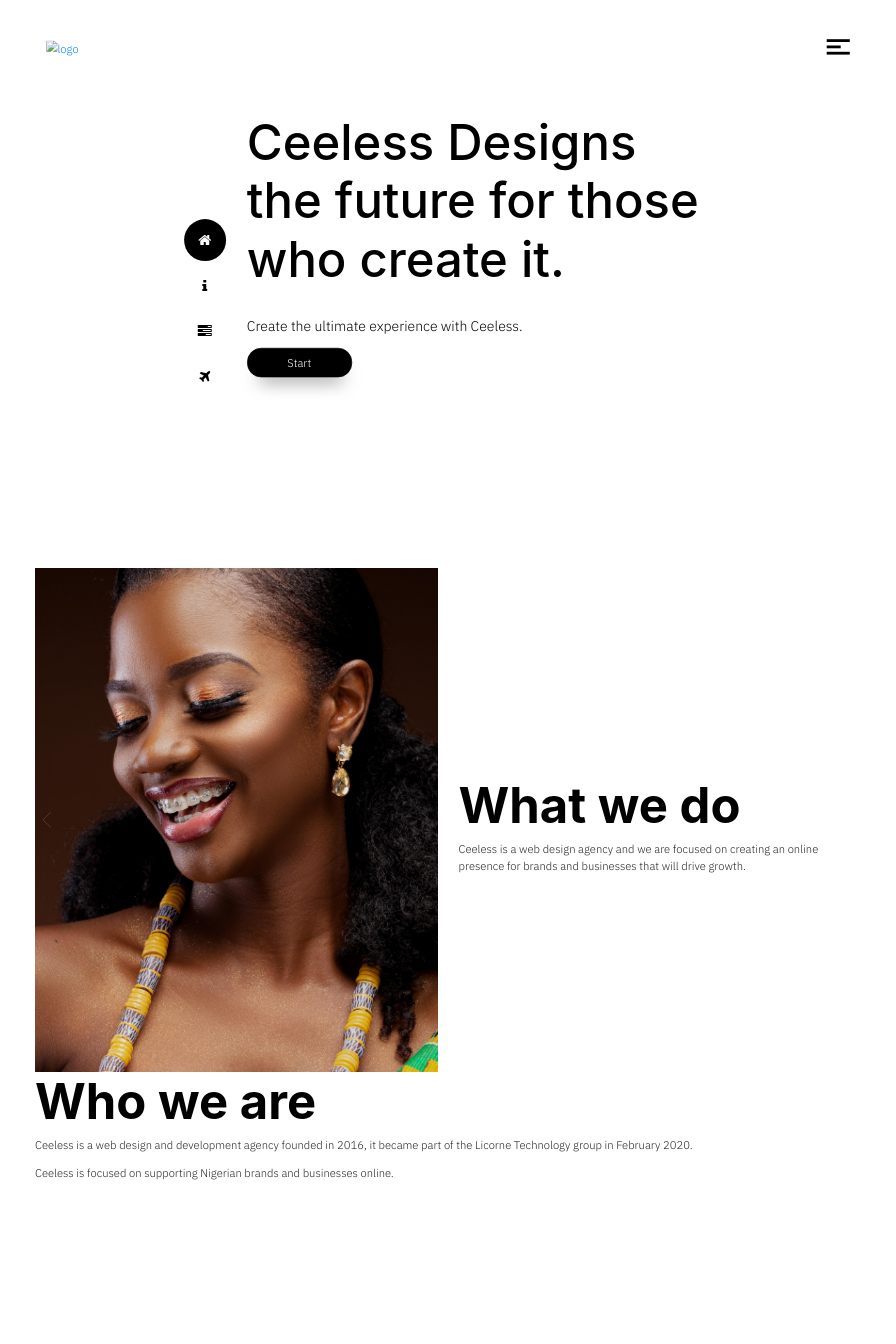
Repository: Licorne-Technologies/Ceeless-v2
Page: index.html
These files come from the project's save history. The page is drawn as it stood at one moment and after the next save; the edit follows.
The browser window is 1280 px wide. The pictures show the part of the page from y = 0 to 1920 px (the page is 3037 px tall), at 70% of full size.
Some web libraries are served in a nearby version. The style sheet was rebuilt from its Sass, Less or Tailwind sources for each picture, by a compiler version that may differ from the author's.

Above is the page before, as saved 2020-06-15 13:25:59.

After the next save:
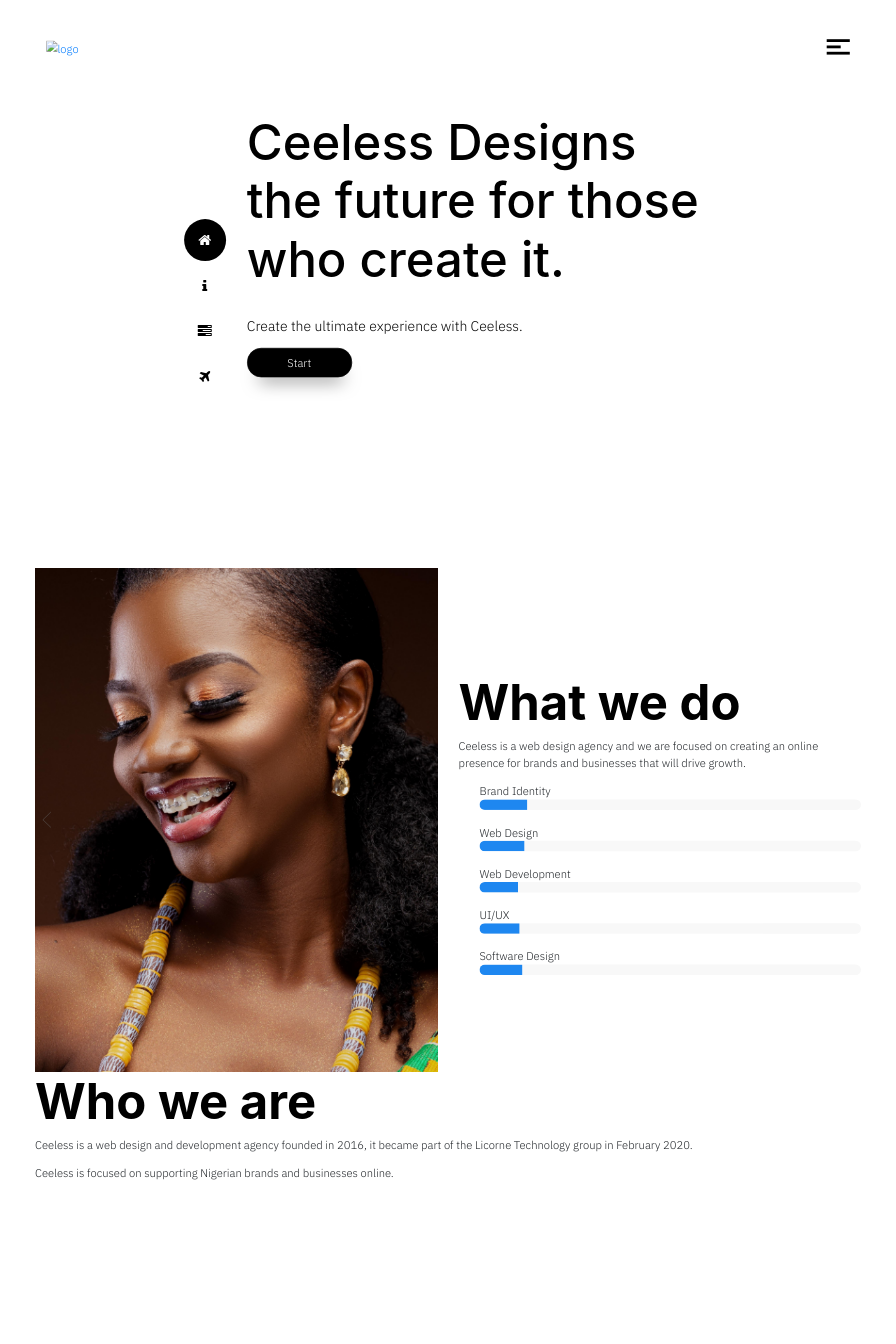
Saved 52 s later.
--- a/index.html
+++ b/index.html
@@ -123,7 +123,21 @@
                 <p>Ceeless is a web design agency and we are focused on creating an online presence for brands and businesses that will drive growth.</p>
                 <!--What we do Progress bar-->
                 <ul class="progressList">
-
+                    <li>Brand Identity
+                        <progress id="brandIdentity-progressbar" class="uk-progress uk-progress-dark" value="10" max="80"></progress>
+                    </li>
+                    <li>Web Design
+                        <progress id="webDesign-progressbar" class="uk-progress uk-progress-dark" value="10" max="85"></progress>
+                    </li>
+                    <li>Web Development
+                        <progress id="webDev-progressbar" class="uk-progress uk-progress-dark" value="10" max="100"></progress>
+                    </li>
+                    <li>UI/UX
+                        <progress id="uiUx-progressbar" class="uk-progress uk-progress-dark" value="10" max="95"></progress>
+                    </li>
+                    <li>Software Design
+                        <progress id="softwareDesign-progressbar" class="uk-progress uk-progress-dark" value="10" max="90"></progress>
+                    </li>
                 </ul>
             </div>
         </div>
